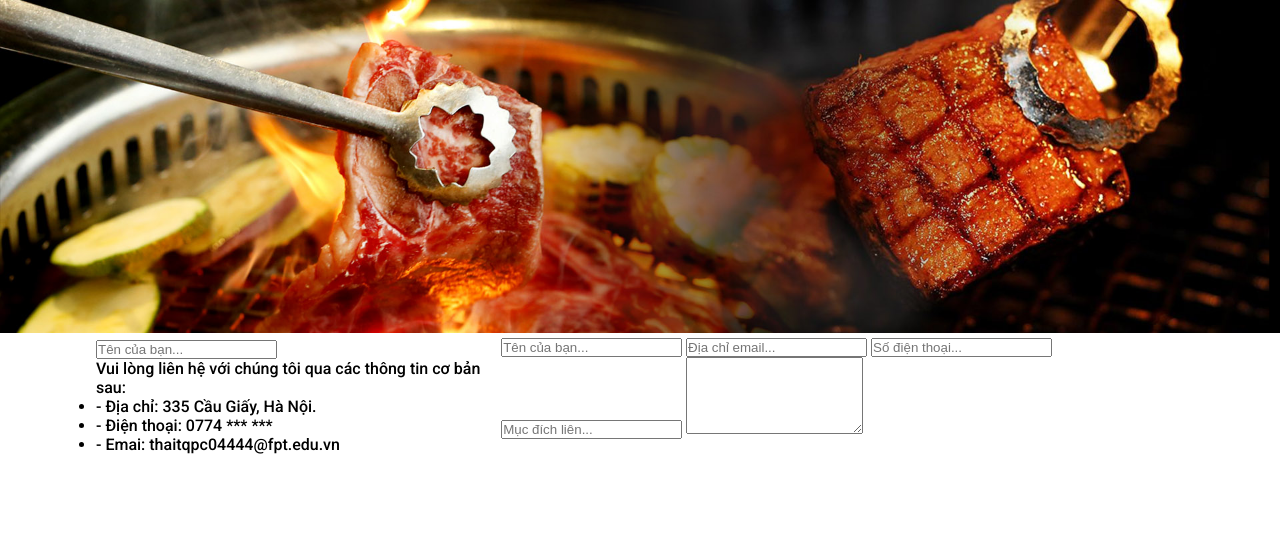
Repository: QUANGTHAI2003/sunhomesbbq
Page: LienHe.html
The author's editor kept a copy of each file at every save. The page is drawn from the files as they stood at one save, then again after the next save.
The browser window is 1280 px wide. The pictures show the whole page.
Some web fonts or font styles are not loaded; a fallback is used.

Above is the page before, as saved 2022-02-14 15:22:52.

After the next save:
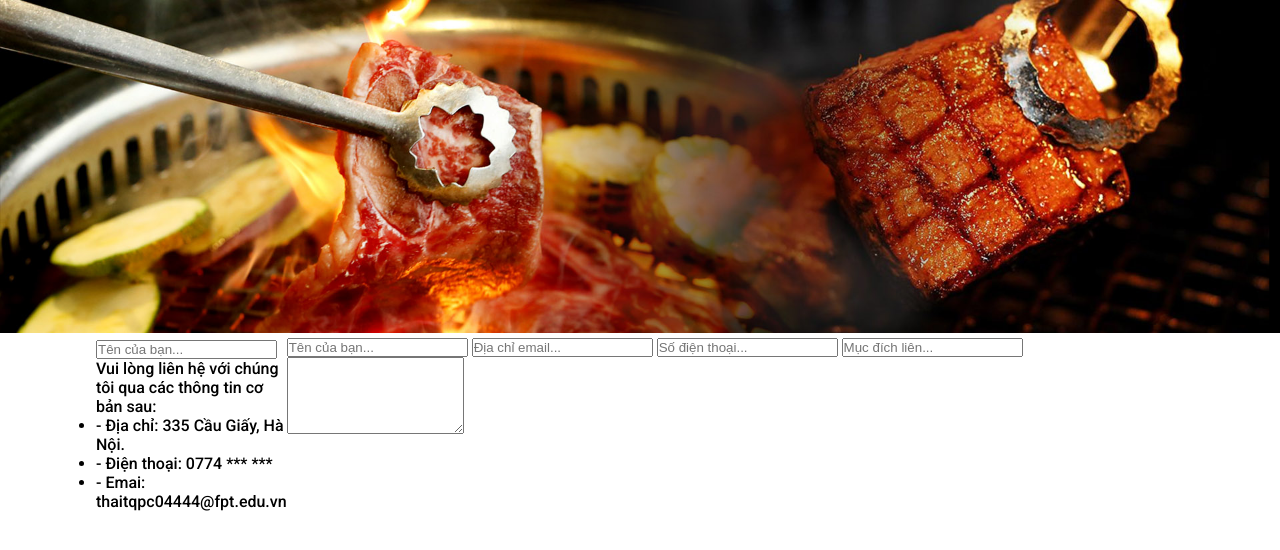
Saved 13 s later.
--- a/style.css
+++ b/style.css
@@ -793,5 +793,5 @@
 }
 
 .info-LH {
-    width: 50%;
-}
+    flex: 1;
+}
